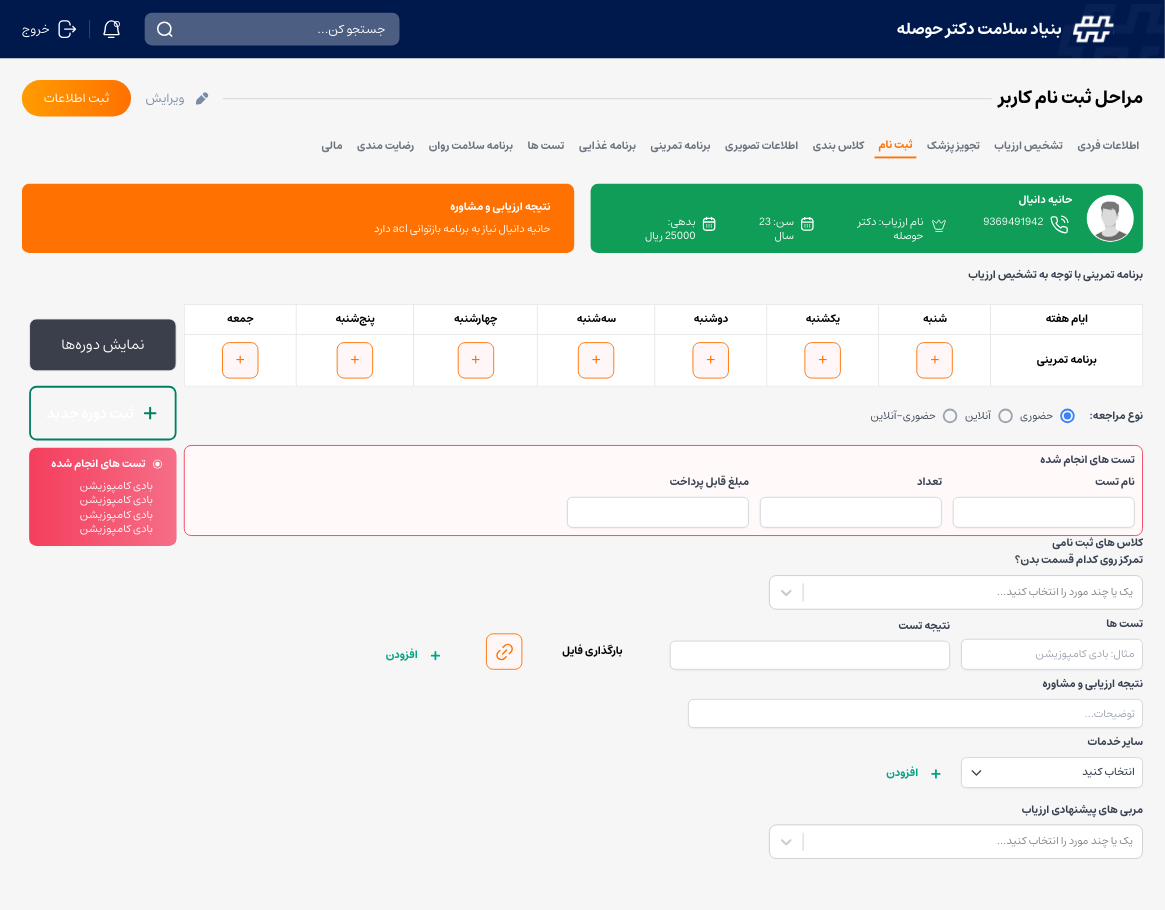
Repository: mirnajafi/ERP_hoseleh_V1.0
Page: /register, after clicking the first element matching `div.flex > :nth-child(4)`
An editor plug-in stored every save of this project. The page is shown before and after a run of saves, followed by the edit.
The browser window is 1280 px wide. The pictures show the whole page, at 91% of full size.
Some web fonts or font styles are not loaded; a fallback is used. The project was rebuilt for these pictures with package versions that can differ from the ones it lists, and the page was loaded fresh each time. The framework's server and built-in components were replaced by stand-ins that run in the browser. Also part of the build but not shown: next.config.mjs, src/components/icons/trash.tsx, src/components/weekTable/weekTable.css, src/components/icons/copy.tsx, src/components/recognitionEvaluator/recognitionEvaluator.tsx.

Above is the page before, as saved 2025-02-28 23:54:01.

### src/app/layout.tsx
/* eslint-disable @next/next/no-img-element */
import type { Metadata } from "next";
import Header from "@/components/layout/Header";
import "@/app/globals.css";


export const metadata: Metadata = {
  title: "دکتر حوصله",
  description: "بنیاد سلامت دکتر حوصله",
};

export default function RootLayout({ children }: { children: React.ReactNode }) {
  return (
    <html lang="fa" dir="rtl">
      <body className="bg-dashboard-bg min-h-screen">
        {/* Header includes SidebarToggle, so no need to add Sidebar separately */}
        <Header />
        {/* Main Content Area */}
        <main className="transition-all duration-300 mt-16 p-6">
          {children}
        </main>

      </body>
    </html>
  );
}

### src/app/globals.css
@tailwind base;
@tailwind components;
@tailwind utilities;

@font-face {
  font-family: 'Estedad';
  src: url('/fonts/Estedad-Regular.woff2') format('woff2');
  font-weight: normal;
  font-style: normal;
  font-display: swap;
}

@font-face {
  font-family: 'Estedad';
  src: url('/fonts/Estedad-Bold.woff2') format('woff2');
  font-weight: bold;
  font-style: normal;
  font-display: swap;
}

@font-face {
  font-family: 'Estedad';
  src: url('/fonts/Estedad-Medium.woff2') format('woff2');
  font-weight: 500;
  font-style: normal;
  font-display: swap;
}

@font-face {
  font-family: 'Estedad';
  src: url('/fonts/Light.woff2') format('woff2');
  font-weight: 400;
  font-style: normal;
  font-display: swap;
}

@layer base {
  html {
    font-family: 'Estedad'
  }
}

### src/components/formTab/formTab.tsx
import { useState } from "react";

interface Tab {
  label: string;
  content: React.ReactNode;
}

interface TabsProps {
  tabs: Tab[];
  defaultIndex?: number;
}

const Tabs: React.FC<TabsProps> = ({ tabs, defaultIndex = 0 }) => {
  const [activeIndex, setActiveIndex] = useState(defaultIndex);

  return (
    <div className="w-full overflow-hidden">
      <div className="flex py-3 overflow-x-auto whitespace-nowrap">
        {tabs.map((tab, index) => (
          <button
            key={index}
            className={`ml-2 p-1 text-nowrap text-xs font-bold text-sm focus:outline-none ${activeIndex === index
                ? "border-b-2 border-[#FF7101] text-[#FF7101]"
                : "text-gray-500 hover:text-[#FF7101]"
              }`}
            onClick={() => setActiveIndex(index)}
          >
            {tab.label}
          </button>
        ))}
      </div>

      <div className="py-4">{tabs[activeIndex].content}</div>
    </div>
  );
};

export default Tabs;

### src/components/registration/registration.tsx
import Select from "react-select/base";
import WeekTable from "../weekTable/weekTable";
import TransparentBtn from "../transparentBtn/transparentBtn";
import Dropdown from "../dropdown/dropdown";
import InputDescription from "../inputDescription/inputDescription";
import FileUploader from "../fileUploader/fileUploader";
import Input from "../input/input";
import InformationUserBox from "../informationUserBox/informationUserBox";
import { useState } from "react";
import ResultBox from "../resultBox/resultBox";
import PlusIcon from "../icons/plus";
import LeftSideBox from "../leftSideBox/leftSideBox";
import RadioButton from "../radioBtn/radioBtn";

const Registration = () => {

    const [selectedOptions, setSelectedOptions] = useState([]);


    const handleSelect = (option: string) => {
        console.log("انتخاب شده:", option);
    };
    const handleFileUpload = (files: File[]) => {
        console.log("فایل‌های آپلود شده:", files);
    };

    const [selected, setSelected] = useState<string>("option1");


    const [selectedDay, setSelectedDay] = useState<string>("");

    const handleDaySelect = (day: string) => {
        setSelectedDay(day);
    };

    return (
        <div>
            <div className="w-full flex flex-row">
                <InformationUserBox name="حانیه دانیال" age="23" phoneNumber={'9369491942'} evaluator="دکتر حوصله" debt="25000" imageSrc="/images/defaultUser.png" className="w-1/2 lg:ml-2" />
                <ResultBox resultText={"حانیه دانیال نیاز به برنامه بازتوانی acl دارد"} className="w-1/2 lg:mr-2" />
            </div>



            <div className="flex flex-row  my-4 items-center">
                <label className="mb-2 text-xs font-bold text-gray-700 ml-2">برنامه تمرینی با توجه به تشخیص ارزیاب</label>

            </div>

            <div className="w-full flex flex-row">

                <div className="w-full flex flex-col">
                    <WeekTable
                        apiUrl="https://api.majidvalizadeh.com/jalali/next7"
                        selectedDay={selectedDay}
                        onDaySelect={handleDaySelect}
                    />
                    <div className="flex flex-row my-4">
                        <label className="my-2 text-xs font-bold text-gray-700 ml-4">نوع مراجعه:</label>
                        <RadioButton
                            label="حضوری"
                            name="options"
                            value="option1"
                            checked={selected === "option1"}
                            onChange={setSelected}
                        />
                        <RadioButton
                            label="آنلاین"
                            name="options"
                            value="option2"
                            checked={selected === "option2"}
                            onChange={setSelected}
                        />
                        <RadioButton
                            label="حضوری-آنلاین"
                            name="options"
                            value="option3"
                            checked={selected === "option3"}
                            onChange={setSelected}
                        />
                    </div>


                    <div className="w-full xl:py-2 my-0  flex flex-col  border border-[#F53E5E] rounded-[8px] p-[8px] bg-[#FFF9FA]">
                        <label className="text-xs font-bold text-gray-700 ml-4">تست های انجام شده</label>

                        <div className="flex flex-row">
                            <Input
                                label="نام تست"
                                type="text"
                                value={''}
                                onChange={() => { }}
                                placeholder=""
                            />
                            <Input
                                label="تعداد "
                                type="text"
                                value={''}
                                onChange={() => { }}
                                placeholder=""
                            />

                            <Input
                                label="مبلغ قابل پرداخت"
                                type="text"
                                value={''}
                                onChange={() => { }}
                                placeholder=""
                            />
                        </div>
                    </div>

                    <div className="flex flex-col xl:flex-row w-full xl:items-end xl:justify-right ">
                        <label className="text-xs font-bold text-gray-700 ml-4">کلاس های ثبت نامی</label>
                        <div></div>
                    </div>
                </div>

                <div className="w-1/6 p-2 flex flex-col">
                    <button className="bg-[#3B3E4B] text-white p-4 w-full border rounded-[8px] my-2">نمایش دوره‌ها</button>
                    <button className="bg-transparent text-[#007F63] text-white p-4 w-full border-2 border-[#007F63] rounded-[8px] flex items-center justify-center font-bold my-2"><PlusIcon width={20} height={20} /> ثبت دوره جدید</button>
                    <LeftSideBox title={"تست های انجام شده"} test1={"بادی کامپوزیشن"} />
                </div>
            </div>


            <div className="flex flex-col  w-ful xl:w-1/3">
                <label className="mb-2 text-xs font-bold text-gray-700">تمرکز روی کدام قسمت بدن؟</label>
                <Select
                    isMulti
                    options={[
                        { value: "apple", label: "سیب" },
                        { value: "banana", label: "موز" },
                        { value: "orange", label: "پرتقال" },
                        { value: "grape", label: "انگور" },
                        { value: "watermelon", label: "هندوانه" },
                    ]}
                    value={selectedOptions}
                    onChange={setSelectedOptions}
                    placeholder="یک یا چند مورد را انتخاب کنید..."
                    noOptionsMessage={() => "موردی یافت نشد"}
                    isClearable
                    isSearchable
                    className="text-xs "
                    styles={{
                        control: (base) => ({
                            ...base,
                            borderRadius: "8px",
                            borderColor: "#ccc",
                            boxShadow: "none",
                            "&:hover": { borderColor: "#888" },
                        }),
                    }}
                />
            </div>
            <div className="flex flex-col xl:flex-row w-full xl:items-end xl:justify-right ">
                <Input
                    label="تست ها"
                    type="text"
                    value={''}
                    onChange={() => { }}
                    placeholder="مثال: بادی کامپوزیشن "
                />
                <InputDescription
                    label="نتیجه تست"
                    value={''}
                    placeholder=""
                    className="xl:w-1/4 max-w-[500px]"
                />

                <FileUploader onFileUpload={handleFileUpload} accept="image/*" multiple />
                <TransparentBtn label='افزودن' />
            </div>
            <div className="flex flex-col xl:flex-row w-full xl:items-end xl:justify-right ">

                <InputDescription
                    label="نتیجه ارزیابی و مشاوره"
                    value={''}
                    placeholder="توضیحات..."
                    className="xl:w-1/2 max-w-[500px]"
                    height="h-24"
                />

            </div>


            <div className="flex flex-col xl:flex-row w-full xl:items-end xl:justify-right ">
                <Dropdown
                    label="سایر خدمات"
                    options={["گزینه 1", "گزینه 2", "گزینه 3"]}
                    onSelect={handleSelect}
                />
                <TransparentBtn label='افزودن' />

            </div>
            <div className="flex flex-col  w-ful xl:w-1/3 my-4">
                <label className="mb-2 text-xs font-bold text-gray-700">مربی های پیشنهادی ارزیاب</label>
                <Select
                    isMulti
                    options={[
                        { value: "apple", label: "سیب" },
                        { value: "banana", label: "موز" },
                        { value: "orange", label: "پرتقال" },
                        { value: "grape", label: "انگور" },
                        { value: "watermelon", label: "هندوانه" },
                    ]}
                    value={selectedOptions}
                    onChange={setSelectedOptions}
                    placeholder="یک یا چند مورد را انتخاب کنید..."
                    noOptionsMessage={() => "موردی یافت نشد"}
                    isClearable
                    isSearchable
                    className="text-xs "
                    styles={{
                        control: (base) => ({
                            ...base,
                            borderRadius: "8px",
                            borderColor: "#ccc",
                            boxShadow: "none",
                            "&:hover": { borderColor: "#888" },
                        }),
                    }}
                />
            </div>


        </div>
    )

}
export default Registration;

### src/components/SearchInput/SearchInput.tsx
/* eslint-disable @next/next/no-img-element */
"use client";

interface SearchInputProps {
  placeholder?: string;
  className?: string;
}

export default function SearchInput({ placeholder = "جستجو کن...", className = "" }: SearchInputProps) {
  return (
    <div className="relative w-[280px]">
      <input
        type="text"
        placeholder={placeholder}
        className={`w-full h-9 bg-white bg-opacity-30 rounded-lg px-4 text-white placeholder:text-white text-sm focus:outline-none ${className}`}
      />
      <img
        src="/icons/left-icon.svg"
        alt="search"
        className="absolute left-2 top-1/2 -translate-y-1/2 w-7 h-7 brightness-0 invert"
      />
    </div>
  );
}

### src/components/formHeader/formHeader.css
.customeGradient{
    background: linear-gradient(270deg, #FF7101 0%, #FF9C00 100%);
    color: white;
    border-radius: 50px;
    padding:  10px 24px;
}

### src/components/transparentBtn/transparentBtn.tsx
'use client'; // اضافه کردن این خط برای فعال کردن کامپوننت در Client-side

import React from "react";

interface BtnProps {
    label: string;
}

const TransparentBtn: React.FC<BtnProps> = ({ label }) => {

    return (
        <div className="w-250px text-[#01A384] h-full flex xl:items-center xl:justify-center">
            <button className="flex flex-row p-2  h-full flex items-center justify-center font-bold text-xs
">
                <svg width="15" height="15" viewBox="0 0 14 15" fill="none" xmlns="http://www.w3.org/2000/svg" className="ml-3">
                    <path d="M7 3.41666V11.5833" stroke="#01A384" stroke-width="2" stroke-linecap="round" stroke-linejoin="round" />
                    <path d="M2.91602 7.5H11.0827" stroke="#01A384" stroke-width="2" stroke-linecap="round" stroke-linejoin="round" />
                </svg>
                {label}
            </button>
        </div>
    );
};

export default TransparentBtn;

### src/components/inputDescription/inputDescription.tsx
'use client';  // اضافه کردن این خط برای فعال کردن کامپوننت در Client-side

import React from "react";

interface InputProps {
  label: string;
  value: string;
  placeholder?: string;
  required?: boolean;
  className?: string;
  height?:string;
}

const InputDescription: React.FC<InputProps> = ({
  label,
  value,
  placeholder,
  required = false,
  className = "",
  height
}) => {
  return (
    <div className={`w-full xl:w-1/2 ml-3 max-w-[500px] ${className}`}>
      <label className="block text-xs text-gray-700 mb-2 mt-4 xl:my-2 font-bold font-bold">{label}</label>

      <textarea
        value={value}
        placeholder={placeholder}
        required={required}
        className={`block w-full h-8 ${height} p-2 resize-none max-w-200 overflow-hidden text-xs border border-gray-300 rounded-md shadow-sm focus:outline-none focus:ring-2 focus:ring-indigo-500 focus:border-indigo-500`}
      />
    </div>
  );
};

export default InputDescription;

### src/components/resultBox/resultBox.tsx
'use client';

import React from "react";
import './resultBox.css';


interface ResultBoxProps {
    resultText: string;
    className?: string;
}

const ResultBox: React.FC<ResultBoxProps> = ({
    resultText,
    className
}) => {
    return (
        <div className={`w-full flex flex-col lg:flex-row containResultBox text-xs ${className}`}>
            <div className="flex flex-col mr-4">
                <div className="font-bold">نتیجه ارزیابی و مشاوره</div>
                <div className="flex flex-col justify-center items-start lg:flex-row mt-2">
                    <span className="ml-10 flex flex-row-reverse">{resultText}</span>
                </div>
            </div>
        </div>
    );
};

export default ResultBox;

### src/components/icons/plus.tsx
'use client';

import React from "react";

interface IconProps {
    width?: number;
    height?: number;
    color?: string;
}

const PlusIcon: React.FC<IconProps> = ({ width, height }) => {
    return (
        <svg width={width} height={height} viewBox="0 0 36 36" fill="none" className="ml-2" xmlns="http://www.w3.org/2000/svg">
        <path d="M18 7.5V28.5" stroke="#007F63" stroke-width="4" stroke-linecap="round" stroke-linejoin="round"/>
        <path d="M7.5 18H28.5" stroke="#007F63" stroke-width="4" stroke-linecap="round" stroke-linejoin="round"/>
        </svg>


    );
};

export default PlusIcon;

### src/components/radioBtn/radioBtn.tsx
import React from "react";

interface RadioButtonProps {
  label: string;
  name: string;
  value: string;
  checked: boolean;
  onChange: (value: string) => void;
}

const RadioButton: React.FC<RadioButtonProps> = ({ label, name, value, checked, onChange }) => {
  return (
    <label className="flex items-center space-x-2 cursor-pointer text-xs">
      <input
        type="radio"
        name={name}
        value={value}
        checked={checked}
        onChange={() => onChange(value)}
        className="hidden"
      />
      <div
        className={`w-4 h-4 rounded-full border-2 ${
          checked ? "border-blue-500" : "border-gray-400"
        } flex items-center justify-center transition-all`}
      >
        {checked && <div className="w-2 h-2 bg-blue-500 rounded-full" />}
      </div>
      <span className="text-gray-700">{label}</span>
    </label>
  );
};

export default RadioButton;

### src/components/icons/uploader.tsx
'use client';

import React from "react";

interface IconProps {
    width?: number;
    height?: number;
    color?: string;
}

const UploaderIcon: React.FC<IconProps> = ({ width, height }) => {
    return (<svg width={width} height={height} viewBox="0 0 24 24" fill="none" xmlns="http://www.w3.org/2000/svg">
        <path d="M14.1211 9.87866L9.87845 14.1213" stroke="#FF7101" stroke-width="1.5" stroke-linecap="round" />
        <path d="M10.334 7.00003L12.0006 5.33336C13.8416 3.49239 16.8264 3.49239 18.6673 5.33335V5.33335C20.5083 7.17431 20.5083 10.1591 18.6673 12.0001L17.0007 13.6667" stroke="#FF7101" stroke-width="1.5" stroke-linecap="round" />
        <path d="M13.666 17L11.9994 18.6666C10.1584 20.5076 7.17362 20.5076 5.33266 18.6666V18.6666C3.4917 16.8257 3.4917 13.8409 5.33266 11.9999L6.99934 10.3333" stroke="#FF7101" stroke-width="1.5" stroke-linecap="round" />
    </svg>
    );
};

export default UploaderIcon;

### src/components/informationUserBox/informationUserBox.css
.containInfoBox {
  background: #0f9d58;
  color: white;
  justify-content: right;
  align-items: center;
  padding: 10px;
  border-radius: 8px;
}
.imageUser {
  border-radius: 100%;
}

### src/components/resultBox/resultBox.css
.containResultBox {
  background: #FF7101;
  color: white;
  justify-content: right;
  align-items: center;
  padding: 10px;
  border-radius: 8px;
  margin-right: 10px;
}

### src/components/leftSideBox/leftSideBox.css
.containLeftSideBox {
  background: linear-gradient(270deg, #F56E86 0%, #F53E5E 100%);
  color: white;
  justify-content: right;
  align-items: center;
  padding: 10px;
  border-radius: 8px;
}
.special-margin{
  margin-right: -10px;
}

### src/components/icons/circle.tsx

'use client';

import React from "react";

interface IconProps {
    width?: number;
    height?: number;
    color?: string;
}

const CircleIcon: React.FC<IconProps> = ({ width = 21, height = 22 }) => {
    return (
        <svg width={width} height={height} viewBox="0 0 12 12" className="ml-2" fill="none" xmlns="http://www.w3.org/2000/svg">
            <rect width="12" height="12" rx="6" fill="white" />
            <rect x="2" y="2" width="8" height="8" rx="4" fill="white" />
            <rect x="2" y="2" width="8" height="8" rx="4" stroke="#F56B84" stroke-width="2" />
        </svg>

    );
};

export default CircleIcon;

### tailwind.config.ts
import type { Config } from "tailwindcss";

const config: Config = {
  content: [
    "./src/pages/**/*.{js,ts,jsx,tsx,mdx}",
    "./src/components/**/*.{js,ts,jsx,tsx,mdx}",
    "./src/containers/**/*.{js,ts,jsx,tsx,mdx}",
    "./src/app/**/*.{js,ts,jsx,tsx,mdx}",
  ],
  theme: {
    extend: {
      colors: {
        "deep-blue": "#1E3A8A",
        "green": "#8BC34A",
        "orange": "#F97316",
        "red": "#E02D40",
        "yellow": "#FBBF24",
        background: "var(--background)",
        foreground: "var(--foreground)",
        secondry: {
          blue: {
            900: "#00194D",
          },
        },
        primery: {
          600: "#FF7101"
        },
        dashboard: {
          bg: "#F6F6F6"
        }
      },
    },
  },
  plugins: [],
};
export default config;

Loaded but not shown: src/components/personalInfo/personalInfo.tsx (302 lines, source omitted); src/components/weekTable/weekTable.tsx (87 lines, source omitted); src/components/dropdown/dropdown.tsx (69 lines, source omitted); src/components/icons/evaluator.tsx (26 lines, source omitted); src/components/inputDate/inputDate.tsx (67 lines, source omitted); src/components/informationUserBox/informationUserBox.tsx (61 lines, source omitted); src/components/icons/calendar.tsx (35 lines, source omitted); src/components/icons/phoneNumber.tsx (20 lines, source omitted); src/components/formHeader/formHeader.tsx (32 lines, source omitted); src/components/fileUploader/fileUploader.tsx (54 lines, source omitted); src/components/layout/Header.tsx (44 lines, source omitted); src/app/register/page.tsx (48 lines, source omitted); src/components/leftSideBox/leftSideBox.tsx (35 lines, source omitted); src/components/input/input.tsx (40 lines, source omitted)

After the next 5 saves:
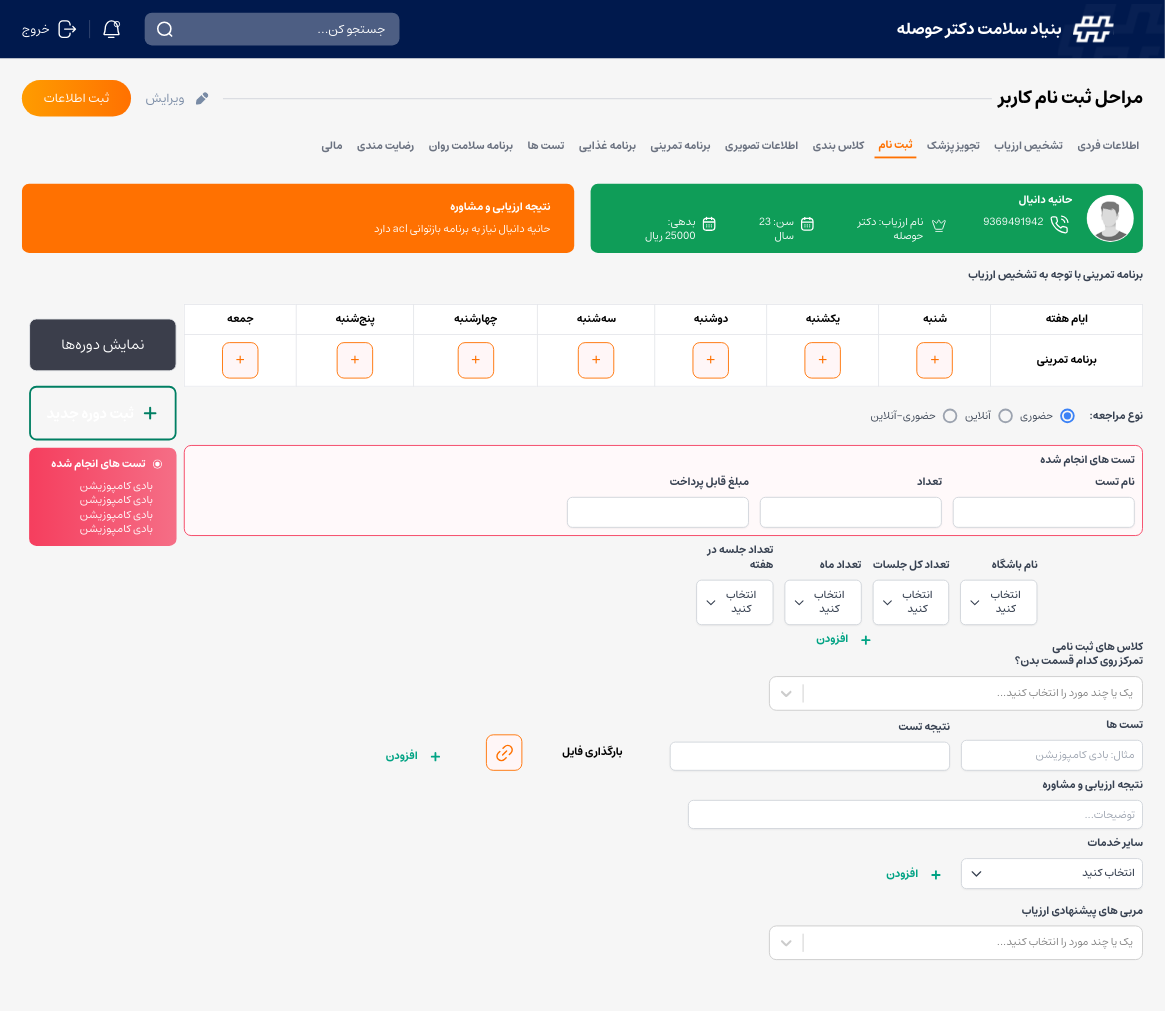
The 5 saves are shown as one change because they came seconds apart.
The last was saved 11 s later.
--- a/src/components/registration/registration.tsx
+++ b/src/components/registration/registration.tsx
@@ -112,7 +112,29 @@ const Registration = () => {
 
                     <div className="flex flex-col xl:flex-row w-full xl:items-end xl:justify-right ">
                         <label className="text-xs font-bold text-gray-700 ml-4">کلاس های ثبت نامی</label>
-                        <div></div>
+                        <div>
+                            <Dropdown
+                                label=" نام باشگاه"
+                                options={["گزینه 1", "گزینه 2", "گزینه 3"]}
+                                onSelect={handleSelect}
+                            />
+                            <Dropdown
+                                label="تعداد کل جلسات"
+                                options={["گزینه 1", "گزینه 2", "گزینه 3"]}
+                                onSelect={handleSelect}
+                            />
+                            <Dropdown
+                                label="تعداد ماه"
+                                options={["گزینه 1", "گزینه 2", "گزینه 3"]}
+                                onSelect={handleSelect}
+                            />
+                            <Dropdown
+                                label="تعداد جلسه در هفته"
+                                options={["گزینه 1", "گزینه 2", "گزینه 3"]}
+                                onSelect={handleSelect}
+                            />
+                            <TransparentBtn label='افزودن' />
+                        </div>
                     </div>
                 </div>
 
